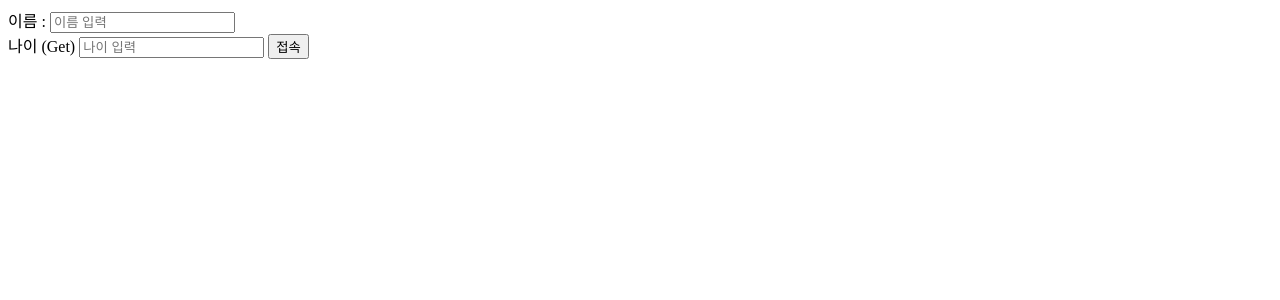
Repository: Kimth520/JSP-study
Page: http://localhost/day02_task/
The author's editor kept a copy of each file at every save. The page is drawn from the files as they stood at one save, then again after the next save.
The browser window is 1280 px wide. The pictures show the whole page.
The page is served by Tomcat 9.

Above is the page before, as saved 2025-01-14 02:05:12.

After the next save:
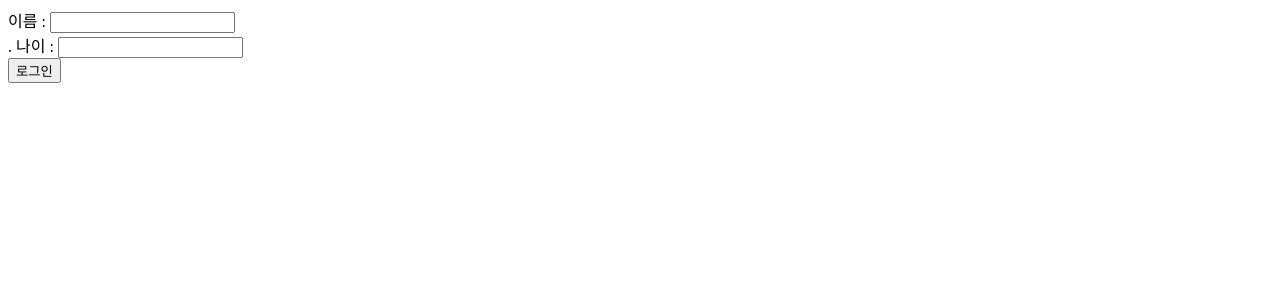
Saved 81 s later.
--- a/workspace/day02_task/src/main/webapp/index.jsp
+++ b/workspace/day02_task/src/main/webapp/index.jsp
@@ -1,4 +1,4 @@
- <%@ page language="java" contentType="text/html; charset=UTF-8"
+<%@ page language="java" contentType="text/html; charset=UTF-8"
     pageEncoding="UTF-8"%>
 <!DOCTYPE html>
 <html>
@@ -7,15 +7,14 @@
 <title>Insert title here</title>
 </head>
 <body>
-	<form action="resultServlet1" method="get">
-		<label for="name">이름 : </label>
-		<input type="text" id="name" name ="name" placeholder="이름 입력" required>
-		<br>
-		<label for="age">나이 (Get)</label>
-		<input type="text" id="age" name = "age" placeholder="나이 입력" required>
+   <form action="resultServlet1" method="get">
+      <label for="name">이름 : </label>
+      <input type="text" id="name" name="name" required><br>.
 
-		<button type= "submit">접속</button>
-	</form>
+      <label for="age">나이 : </label>
+      <input type="number" id="age" name="age" required><br>
 
+      <button type="submit">로그인</button>
+   </form>
 </body>
 </html>
